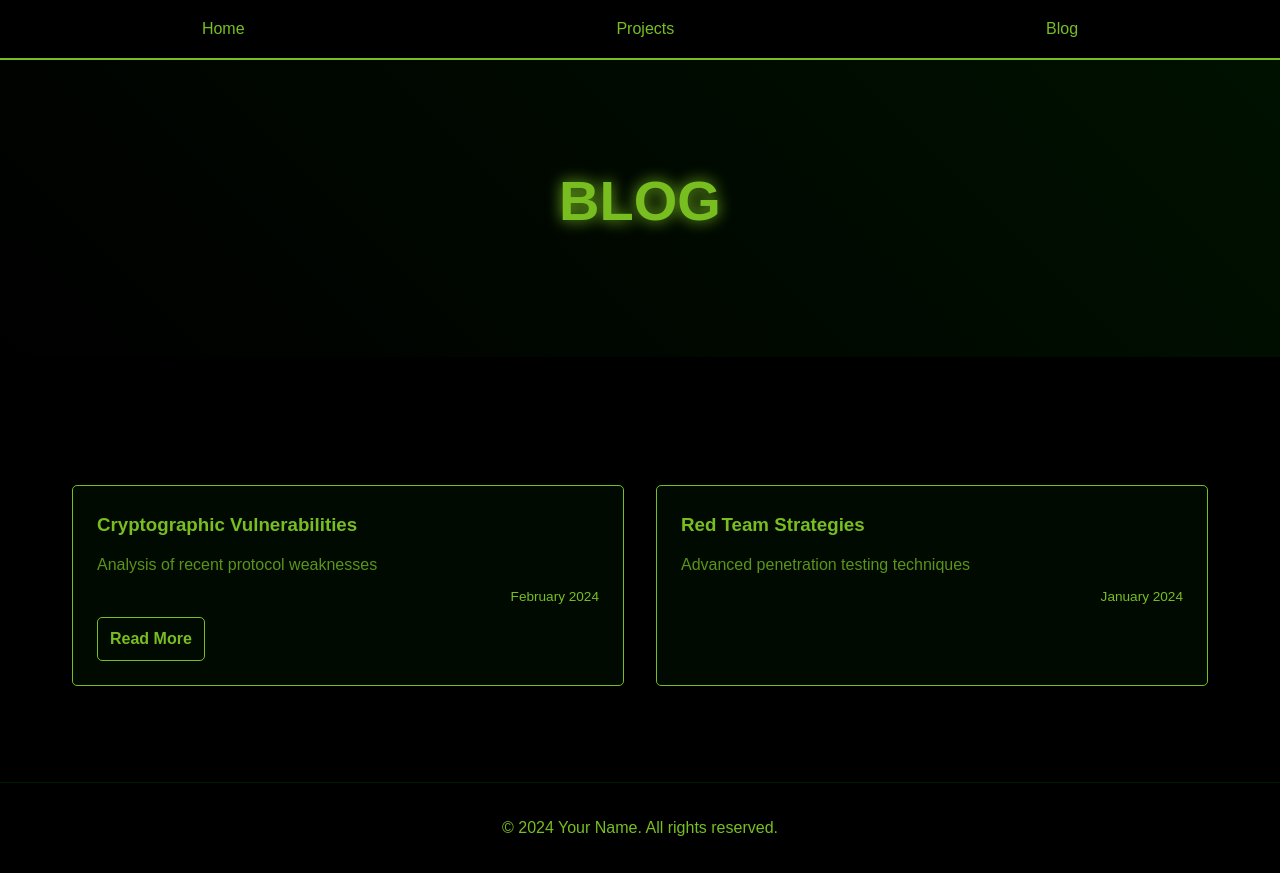
Repository: mohamedsoliman-tq/Website
Page: Blogs.html
An editor plug-in stored every save of this project. The page is shown before and after the next save, followed by the edit.
The browser window is 1280 px wide. The pictures show the whole page.

Above is the page before, as saved 2025-02-13 02:45:47.

### Blogs.html
<!DOCTYPE html>
<html lang="en">
<head>
    <meta charset="UTF-8">
    <meta name="viewport" content="width=device-width, initial-scale=1.0">
    <title>Blog</title>
    <link href="https://fonts.googleapis.com/css2?family=Space+Grotesk:wght@300;400;700&display=swap" rel="stylesheet">
    <link rel="icon" type="image/x-icon" href="/assets/favicon.ico">
    <link rel="apple-touch-icon" sizes="180x180" href="/assets/ficon.png">
    <link rel="stylesheet" href="/css/base.css">
    <link rel="stylesheet" href="/css/navigation.css">
    <link rel="stylesheet" href="/css/hero.css">
    <link rel="stylesheet" href="/css/sections.css">
    <link rel="stylesheet" href="/css/utilities.css">
</head>
<body>
    <nav>
        <ul>
            <li><a href="/">Home</a></li>
            <li><a href="/Projects.html">Projects</a></li>
            <li><a href="/Blogs.html">Blog</a></li>
        </ul>
    </nav>

    <div class="hero">
        <div class="container">
            <h1>BLOG</h1>
        </div>
    </div>

    <section class="section">
        <div class="container blog-posts">
            <div class="blog-card">
                <h3>Cryptographic Vulnerabilities</h3>
                <p>Analysis of recent protocol weaknesses</p>
                <span class="blog-date">February 2024</span>
                <a href="/blogs/n.html" class="read-more">Read More</a>
            </div>
            <div class="blog-card">
                <h3>Red Team Strategies</h3>
                <p>Advanced penetration testing techniques</p>
                <span class="blog-date">January 2024</span>
            </div>
        </div>
    </section>

    <footer>
        <p>© 2024 Your Name. All rights reserved.</p>
    </footer>
</body>
</html>

### css/base.css
@import url('https://fonts.googleapis.com/css2?family=Space+Grotesk:wght@300;400;700&display=swap');

:root {
    --primary-black: #000000;
    --green-accent: #78BE20;
    --dark-green: #5a9419;
}

* {
    margin: 0;
    padding: 0;
    box-sizing: border-box;
    font-family: 'Space+Grotesk', sans-serif;
}

body {
    background-color: var(--primary-black);
    color: var(--green-accent);
    line-height: 1.6;
}

.container {
    max-width: 1200px;
    margin: 0 auto;
    padding: 2rem;
}

.section {
    padding: 4rem 0;
    border-bottom: 1px solid #001a00;
}

### css/navigation.css
nav {
    background: rgba(0, 0, 0, 0.95);
    padding: 1rem;
    position: sticky;
    top: 0;
    border-bottom: 2px solid var(--green-accent);
    z-index: 100;
}

nav ul {
    display: flex;
    justify-content: space-around;
    list-style: none;
}

nav a {
    color: var(--green-accent);
    text-decoration: none;
    padding: 0.5rem 1rem;
    transition: all 0.3s;
}

nav a:hover {
    color: var(--dark-green);
    text-shadow: 0 0 10px var(--green-accent);
}

@media (max-width: 768px) {
    nav ul {
        flex-direction: column;
        align-items: center;
    }

    nav li {
        margin: 0.5rem 0;
    }
}

### css/hero.css
.hero {
    text-align: center;
    padding: 4rem 0;
    background: linear-gradient(45deg, var(--primary-black), #001100);
}

.hero h1 {
    font-size: 3.5rem;
    margin-bottom: 1rem;
    color: var(--green-accent);
    text-shadow: 0 0 15px var(--green-accent);
}

.hero p {
    color: var(--dark-green);
    font-size: 1.2rem;
}

@media (max-width: 768px) {
    .hero h1 {
        font-size: 2.5rem;
    }
}

### css/sections.css
.skills-grid {
    display: grid;
    grid-template-columns: repeat(auto-fit, minmax(250px, 1fr));
    gap: 2rem;
    margin-top: 2rem;
}

.skill-card, .project-card, .blog-card {
    background: #000a00;
    padding: 1.5rem;
    border-radius: 5px;
    border: 1px solid var(--green-accent);
    transition: transform 0.3s ease;
}

.skill-card:hover, .project-card:hover, .blog-card:hover {
    transform: scale(1.05);
    box-shadow: 0 0 15px var(--green-accent);
}

.projects, .blog-posts {
    display: grid;
    grid-template-columns: repeat(auto-fit, minmax(250px, 1fr));
    gap: 2rem;
    margin-top: 2rem;
}

.project-card h3, .blog-card h3 {
    color: var(--green-accent);
    margin-bottom: 0.75rem;
}

.project-card p, .blog-card p {
    color: var(--dark-green);
    margin-bottom: 0.5rem;
}

.blog-date {
    color: var(--green-accent);
    font-size: 0.85rem;
    display: block;
    text-align: right;
}

.contact-grid {
    display: grid;
    grid-template-columns: 1fr 1fr;
    gap: 2rem;
    align-items: center;
}

.social-links {
    background: #000a00;
    padding: 1.5rem;
    border: 1px solid var(--green-accent);
    border-radius: 8px;
}

.social-links h3 {
    color: var(--green-accent);
    margin-bottom: 1rem;
    text-align: center;
}

.social-icons {
    display: flex;
    flex-direction: column;
    gap: 1rem;
}

.social-icon {
    color: var(--green-accent);
    text-decoration: none;
    padding: 0.5rem 1rem;
    border: 1px solid var(--green-accent);
    text-align: center;
    transition: all 0.3s ease;
}

.social-icon:hover {
    background-color: var(--green-accent);
    color: var(--primary-black);
    box-shadow: 0 0 15px var(--green-accent);
}

.read-more {
    display: inline-block;
    margin-top: 10px;
    padding: 8px 12px;
    font-size: 1rem;
    font-weight: bold;
    color: var(--green-accent);
    text-decoration: none;
    border: 1px solid var(--green-accent);
    border-radius: 5px;
    transition: all 0.3s ease;
}

.read-more:hover {
    background-color: var(--green-accent);
    color: var(--primary-black);
    box-shadow: 0 0 10px var(--green-accent);
}


@media (max-width: 768px) {
    .projects, .blog-posts, .contact-grid {
        grid-template-columns: 1fr;
    }
}

### css/utilities.css
footer {
    text-align: center;
    padding: 2rem;
    color: var(--green-accent);
}

.hidden {
    display: none;
}

.visible {
    display: block;
}

After the next save:
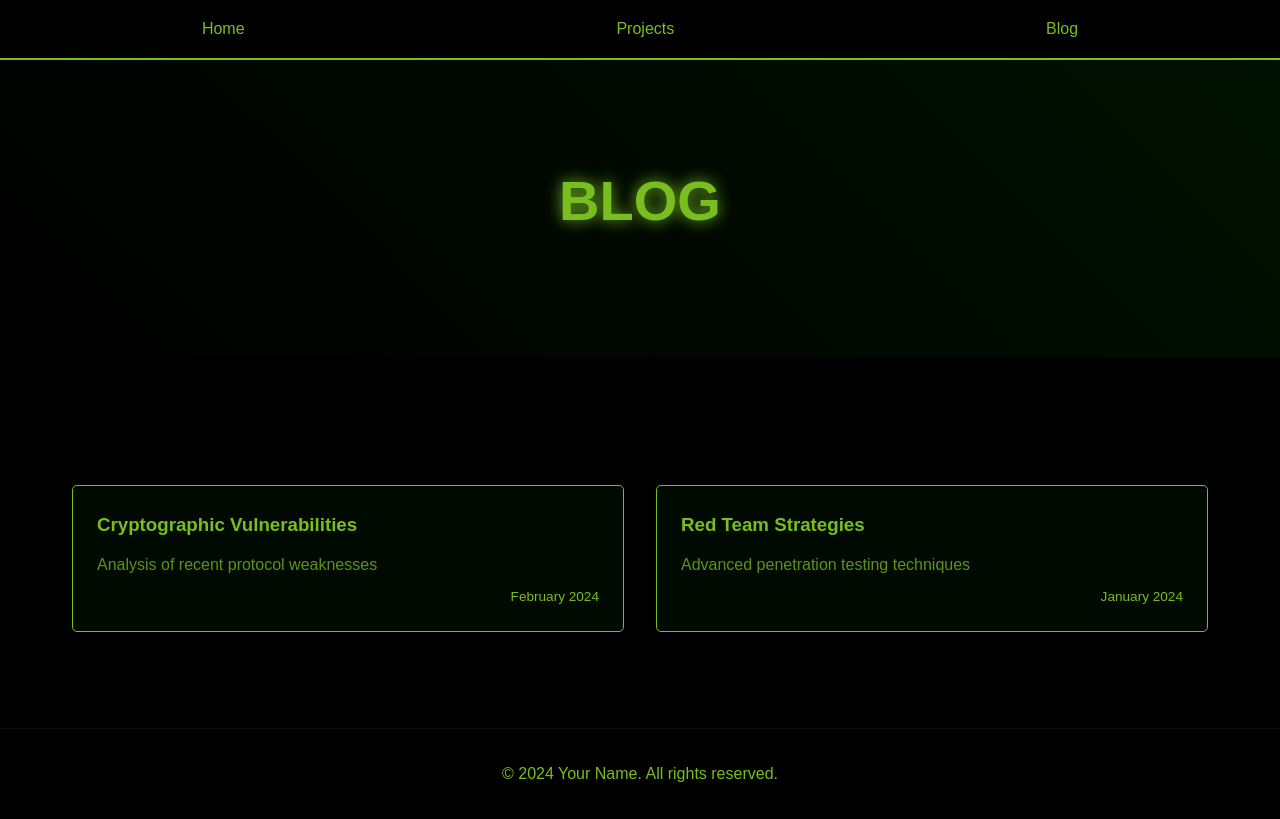
Saved 27 days later.
--- a/Blogs.html
+++ b/Blogs.html
@@ -34,7 +34,6 @@
                 <h3>Cryptographic Vulnerabilities</h3>
                 <p>Analysis of recent protocol weaknesses</p>
                 <span class="blog-date">February 2024</span>
-                <a href="/blogs/n.html" class="read-more">Read More</a>
             </div>
             <div class="blog-card">
                 <h3>Red Team Strategies</h3>
